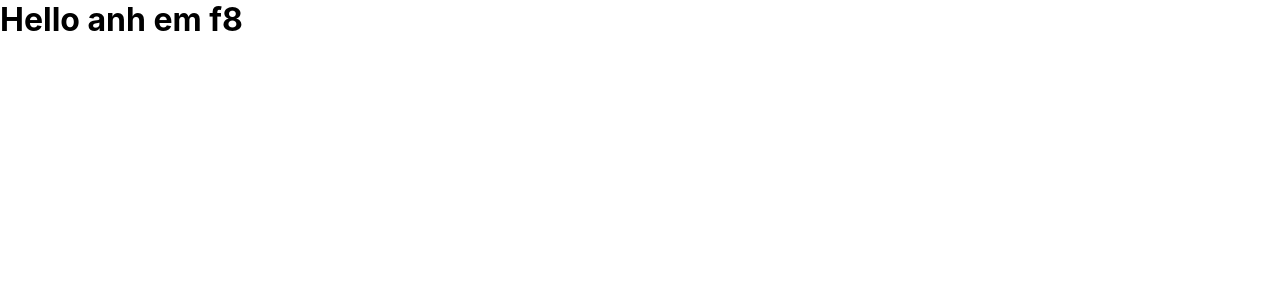
Repository: manhhieu120499/BadmintonShop
Page: /
The author's editor kept a copy of each file at every save. The page is drawn from the files as they stood at one save, then again after the next save.
The browser window is 1280 px wide. The pictures show the whole page.
The project was rebuilt for these pictures with package versions that can differ from the ones it lists, and the page was loaded fresh each time.

Above is the page before, as saved 2024-08-18 16:36:33.

After the next save:
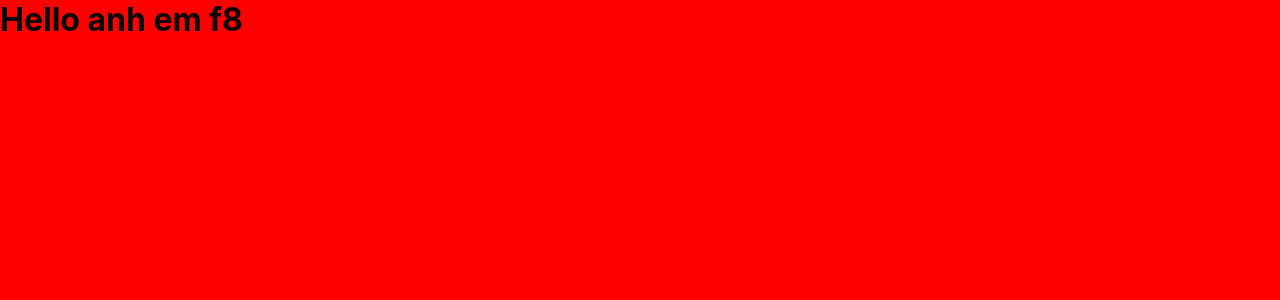
Saved 106 s later.
--- a/src/layouts/DefaultLayout/DefaultLayout.module.scss
+++ b/src/layouts/DefaultLayout/DefaultLayout.module.scss
@@ -1,5 +1,6 @@
 .container {
 	width: 100vw;
 	height: 100vh;
-	background-color: 'red';
+	background-size: cover;
+	background-color: red;
 }

After the 2 saves that followed:
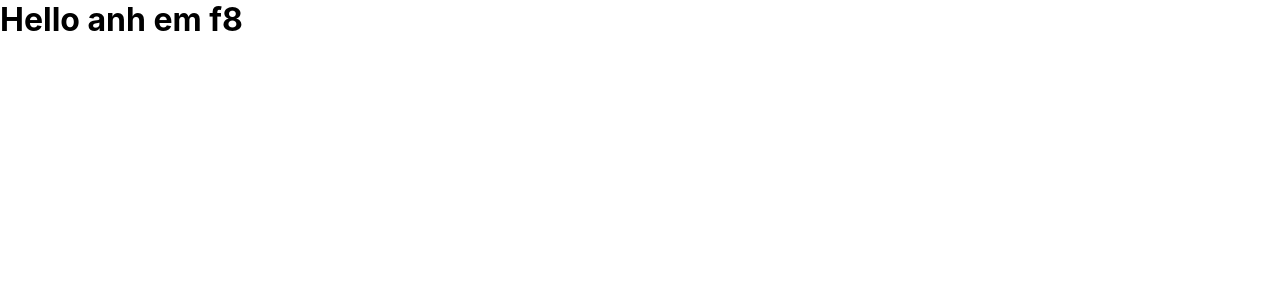
The 2 saves are shown as one change because 1 left the picture as it was.
The last was saved 23 s later.
--- a/src/layouts/DefaultLayout/DefaultLayout.module.scss
+++ b/src/layouts/DefaultLayout/DefaultLayout.module.scss
@@ -1,6 +1,5 @@
 .container {
 	width: 100vw;
 	height: 100vh;
-	background-size: cover;
-	background-color: red;
+	background-color: white;
 }
